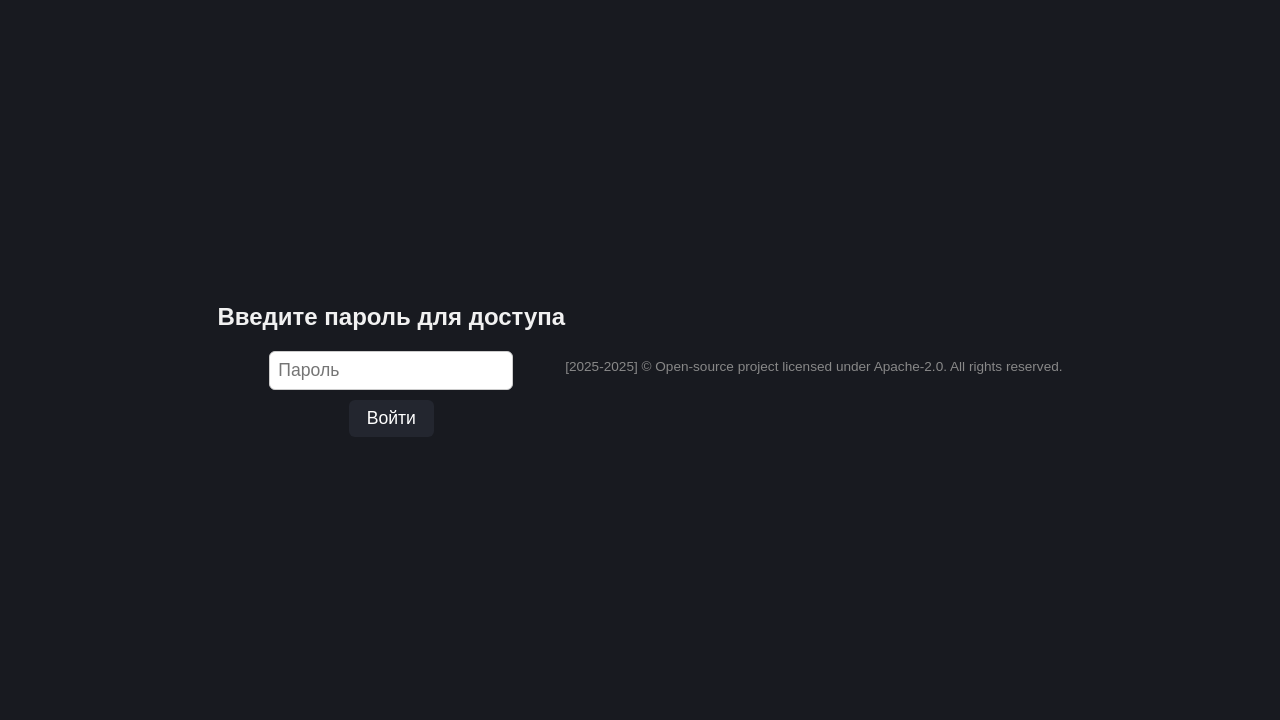
Repository: oncube-dev/OnCube-dev_website
Page: files_for_hosting/html_plus_js.version/index.html
An editor plug-in stored every save of this project. The page is shown before and after the next save, followed by the edit.
The browser window is 1280 px wide. The pictures show the whole page.
The page's requests for data from a server got no answer.

Above is the page before, as saved 2025-07-28 14:30:54.

### files_for_hosting/html_plus_js.version/index.html
<!DOCTYPE html>
<html lang="ru">
<head>
    <meta charset="UTF-8">
    <title>Полимер, когда видео?</title>
    <link rel="stylesheet" href="style.css">
    <style>
        body { transition: background 0.2s, color 0.2s; }
    </style>
</head>
<body>
    <div id="auth-container" style="display:flex; flex-direction:column; align-items:center; justify-content:center; min-height:100vh;">
        <h2>Введите пароль для доступа</h2>
        <input type="password" id="password-input" placeholder="Пароль" style="padding:8px; font-size:1.1em; margin-bottom:10px; border-radius:6px; border:1px solid #ccc;">
        <button id="login-btn" style="padding:8px 18px; font-size:1.1em; border-radius:6px; border:none; background:#23262f; color:#fff; cursor:pointer;">Войти</button>
        <div id="auth-error" style="color:#d32f2f; margin-top:10px; display:none;">Неверный пароль!</div>
    </div>
    <div id="main-content" style="display:none;">
        <div class="timer-container">
            <h1>С момента выхода последнего видео PolimerS прошло:</h1>
            <div id="timer">Загрузка...</div>
        </div>
        <button id="theme-toggle" class="theme-toggle-btn" title="Переключить тему">🌙</button>
        <footer class="footer-note">
            Все права на представленный контент принадлежат <a href="https://www.youtube.com/@PolimerS" target="_blank" style="text-decoration:underline;">PolimerS</a> & <a href="https://github.com/oncube-dev" target="_blank" style="text-decoration:underline;">Oncube</a> ⋅ Сайт сделал <a href="https://vobi.bio.link/" target="_blank" style="text-decoration:underline;">Vobi</a> с любовью 💚
            </div>
            <div style="font-size:0.85em; color:#888; margin-top:13px;">
                [2025-2025] © Open-source project licensed under Apache-2.0. All rights reserved.
            </div>
        </footer>
    </div>
    <script>
        const API_KEY = 'AIzaSyD_5JR2KFtfjfmsiwnueCyyJkvWOh__aOI';
        const CHANNEL_ID = 'UCACwRQLU0Bq5yxijfnBPRfQ';

        let startDate = null;

        async function fetchLastVideoDate() {
            try {
                const apiUrl = `https://www.googleapis.com/youtube/v3/search?key=${API_KEY}&channelId=${CHANNEL_ID}&part=snippet,id&order=date&maxResults=1`;
                const response = await fetch(apiUrl);
                if (!response.ok) throw new Error('Ошибка запроса к YouTube API');
                const data = await response.json();
                const video = data.items && data.items[0];
                if (video && video.snippet && video.snippet.publishedAt) {
                    startDate = new Date(video.snippet.publishedAt);
                } else {
                    throw new Error('Не удалось получить дату видео');
                }
            } catch (e) {
                document.getElementById('timer').textContent = 'Ошибка загрузки даты видео!';
                console.error(e);
            }
        }


        function updateTimer() {
            if (!startDate) return;
            const now = new Date();
            let diff = now - startDate;
            if (diff < 0) diff = 0;
            let seconds = Math.floor(diff / 1000);
            const days = Math.floor(seconds / (24 * 3600));
            seconds %= 24 * 3600;
            const hours = Math.floor(seconds / 3600);
            seconds %= 3600;
            const minutes = Math.floor(seconds / 60);
            seconds %= 60;
            function plural(n, one, two, five) {
                n = Math.abs(n) % 100;
                let n1 = n % 10;
                if (n > 10 && n < 20) return five;
                if (n1 > 1 && n1 < 5) return two;
                if (n1 == 1) return one;
                return five;
            }
            const daysText = plural(days, 'день', 'дня', 'дней');
            const hoursText = plural(hours, 'час', 'часа', 'часов');
            const minutesText = plural(minutes, 'минута', 'минуты', 'минут');
            const secondsText = plural(seconds, 'секунда', 'секунды', 'секунд');
            document.getElementById('timer').textContent = `${days} ${daysText} ${hours} ${hoursText} ${minutes} ${minutesText} ${seconds} ${secondsText}`;
        }

        async function initTimer() {
            document.getElementById('timer').textContent = 'Загрузка даты видео...';
            await fetchLastVideoDate();
            if (startDate) {
                updateTimer();
                setInterval(updateTimer, 1000);
            }
        }
        initTimer();

        const toggleBtn = document.getElementById('theme-toggle');
        const darkClass = 'dark-theme';
        let themePref = localStorage.getItem('theme');
        let isDark = themePref === null ? true : themePref === 'dark';
        setTheme(isDark);
        toggleBtn.onclick = () => {
            isDark = !isDark;
            setTheme(isDark);
            localStorage.setItem('theme', isDark ? 'dark' : 'light');
        };
        function setTheme(isDark) {
            if (isDark) {
                document.body.classList.add(darkClass);
                toggleBtn.textContent = '☀️';
            } else {
                document.body.classList.remove(darkClass);
                toggleBtn.textContent = '🌙';
            }
        }
    </script>
    <script>
        // --- ЧЕК-ИН ---
        const AUTH_PASSWORD = 'PS';
        const authContainer = document.getElementById('auth-container');
        const mainContent = document.getElementById('main-content');
        const loginBtn = document.getElementById('login-btn');
        const passwordInput = document.getElementById('password-input');
        const authError = document.getElementById('auth-error');
        function tryLogin() {
            if (passwordInput.value === AUTH_PASSWORD) {
                authContainer.style.display = 'none';
                mainContent.style.display = '';
            } else {
                authError.style.display = 'block';
                passwordInput.value = '';
                passwordInput.focus();
            }
        }
        loginBtn.onclick = tryLogin;
        passwordInput.addEventListener('keydown', function(e) {
            if (e.key === 'Enter') tryLogin();
        });
        // --- КОНЕЦ ЧЕК-ИНА ---
    </script>
</body>
</html>

### files_for_hosting/html_plus_js.version/style.css
body {
    background: #181a20;
    color: #f1f1f1;
    font-family: Arial, sans-serif;
    margin: 0;
    padding: 0;
    height: 100vh;
    display: flex;
    align-items: center;
    justify-content: center;
}

.timer-container {
    background: #23262f;
    padding: 40px 60px;
    border-radius: 16px;
    box-shadow: 0 4px 24px rgba(0,0,0,0.32);
    text-align: center;
    color: #f1f1f1;
}

.timer-container h1 {
    font-size: 2rem;
    font-weight: bold;
    color: #f1f1f1;
}

#timer {
    font-size: 3.5rem;
    font-weight: bold;
    margin-top: 8px;
    color: #111;
    letter-spacing: 1px;
}

.footer-note {
    font-size: 0.85rem;
    color: #aaa;
    text-align: center;
    position: fixed;
    left: 0;
    width: 100vw;
    bottom: 20px;
    margin: 0;
    z-index: 100;
    box-sizing: border-box;
}

.footer-note a {
    color: #339cff;
    text-decoration: underline;
}

.theme-toggle-btn {
    position: fixed;
    right: 24px;
    bottom: 80px;
    z-index: 200;
    background: #23262f;
    color: #ffe066;
    border: none;
    border-radius: 50%;
    width: 48px;
    height: 48px;
    font-size: 1.7rem;
    cursor: pointer;
    box-shadow: 0 2px 8px rgba(0,0,0,0.18);
    transition: background 0.2s, color 0.2s;
}
.theme-toggle-btn:hover {
    background: #ffe066;
    color: #23262f;
}

body {
    background: #f5f5f5;
    color: #23262f;
}
.timer-container {
    background: #fff;
    color: #23262f;
    box-shadow: 0 4px 24px rgba(0,0,0,0.08);
}
.timer-container h1 {
    color: #23262f;
}
#timer {
    color: #111;
}
.footer-note {
    color: #888;
}
.footer-note a {
    color: #1976d2;
}

body.dark-theme {
    background: #181a20;
    color: #f1f1f1;
}
.dark-theme .timer-container {
    background: #23262f;
    color: #f1f1f1;
    box-shadow: 0 4px 24px rgba(0,0,0,0.32);
}
.dark-theme .timer-container h1 {
    color: #f1f1f1;
}
.dark-theme #timer {
    color: #fff;
}
.dark-theme .footer-note {
    color: #aaa;
}
.dark-theme .footer-note a {
    color: #339cff;
}
.dark-theme .theme-toggle-btn {
    background: #fff;
    color: #23262f;
}
.dark-theme .theme-toggle-btn:hover {
    background: #23262f;
    color: #ffe066;
}

After the next save:
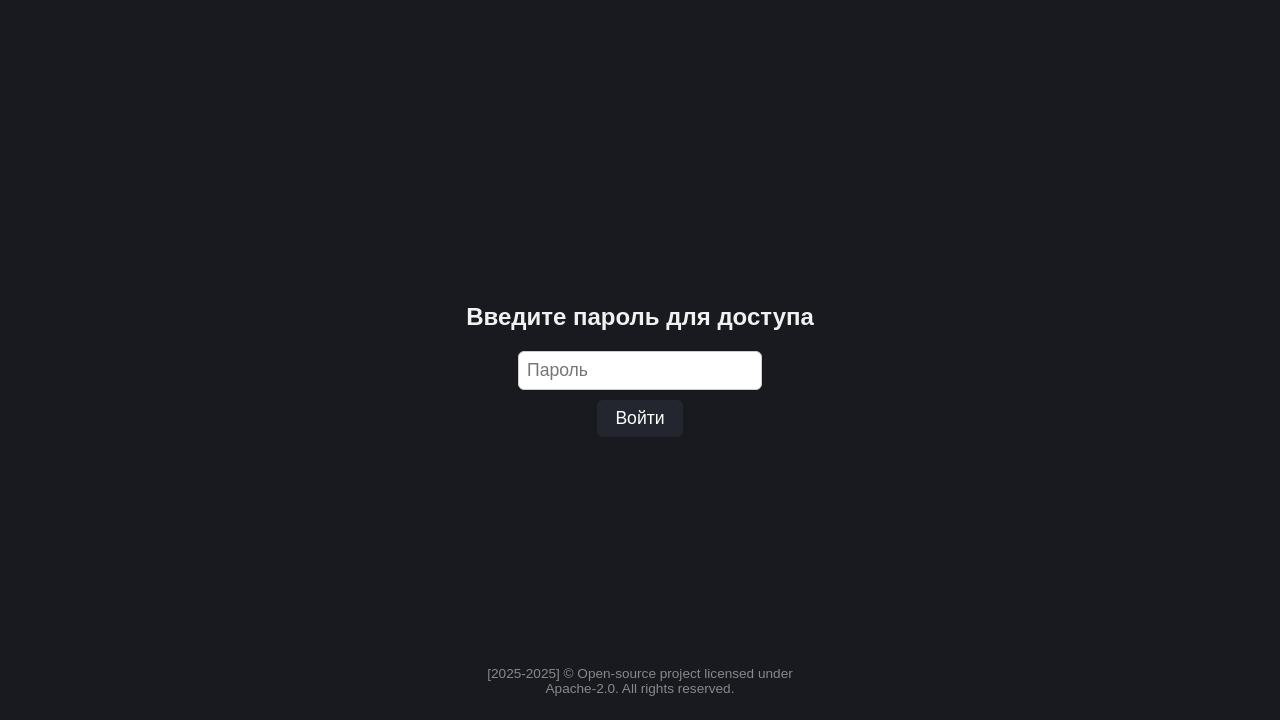
Saved 7 s later.
--- a/files_for_hosting/html_plus_js.version/index.html
+++ b/files_for_hosting/html_plus_js.version/index.html
@@ -6,14 +6,26 @@
     <link rel="stylesheet" href="style.css">
     <style>
         body { transition: background 0.2s, color 0.2s; }
+        #auth-copyright {
+            position: absolute;
+            left: 0;
+            right: 0;
+            bottom: 24px;
+            text-align: center;
+            font-size: 0.85em;
+            color: #888;
+            width: 100%;
+            pointer-events: none;
+        }
     </style>
 </head>
 <body>
-    <div id="auth-container" style="display:flex; flex-direction:column; align-items:center; justify-content:center; min-height:100vh;">
+    <div id="auth-container" style="display:flex; flex-direction:column; align-items:center; justify-content:center; min-height:100vh; position:relative;">
         <h2>Введите пароль для доступа</h2>
         <input type="password" id="password-input" placeholder="Пароль" style="padding:8px; font-size:1.1em; margin-bottom:10px; border-radius:6px; border:1px solid #ccc;">
         <button id="login-btn" style="padding:8px 18px; font-size:1.1em; border-radius:6px; border:none; background:#23262f; color:#fff; cursor:pointer;">Войти</button>
         <div id="auth-error" style="color:#d32f2f; margin-top:10px; display:none;">Неверный пароль!</div>
+        <div id="auth-copyright">[2025-2025] © Open-source project licensed under Apache-2.0. All rights reserved.</div>
     </div>
     <div id="main-content" style="display:none;">
         <div class="timer-container">
@@ -23,9 +35,6 @@
         <button id="theme-toggle" class="theme-toggle-btn" title="Переключить тему">🌙</button>
         <footer class="footer-note">
             Все права на представленный контент принадлежат <a href="https://www.youtube.com/@PolimerS" target="_blank" style="text-decoration:underline;">PolimerS</a> & <a href="https://github.com/oncube-dev" target="_blank" style="text-decoration:underline;">Oncube</a> ⋅ Сайт сделал <a href="https://vobi.bio.link/" target="_blank" style="text-decoration:underline;">Vobi</a> с любовью 💚
-            </div>
-            <div style="font-size:0.85em; color:#888; margin-top:13px;">
-                [2025-2025] © Open-source project licensed under Apache-2.0. All rights reserved.
             </div>
         </footer>
     </div>
